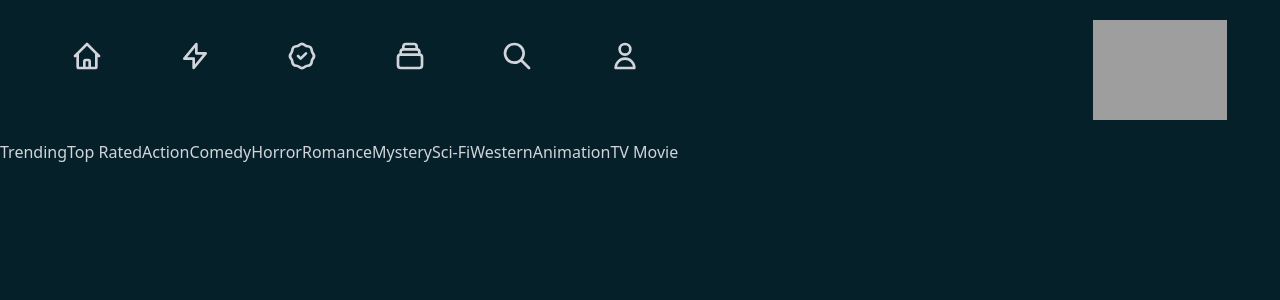
Repository: Aaronlb912/Hulu-Clone
Page: /
The author's editor kept a copy of each file at every save. The page is drawn from the files as they stood at one save, then again after a run of saves.
The browser window is 1280 px wide. The pictures show the whole page.
Pictures or frames that could not be fetched are drawn as grey boxes. The project was rebuilt for these pictures with package versions that can differ from the ones it lists, and the page was loaded fresh each time. The framework's server and built-in components were replaced by stand-ins that run in the browser. Also part of the build but not shown: next.config.js.

Above is the page before, as saved 2022-03-07 16:51:11.

After the next 6 saves:
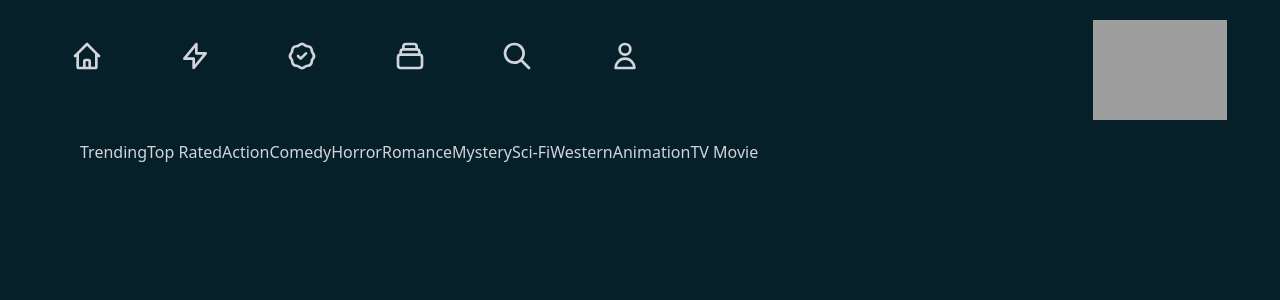
The 6 saves are shown as one change because they came seconds apart.
The last was saved 25 s later.
--- a/components/Nav.jsx
+++ b/components/Nav.jsx
@@ -3,7 +3,7 @@ import requests from "../utils/requests";
 function Nav() {
   return (
     <nav>
-      <div className="flex">
+      <div className="flex px-10 sm:px-20">
         {Object.entries(requests).map(([key, { title, url }]) => (
           <h2
             key={key}
